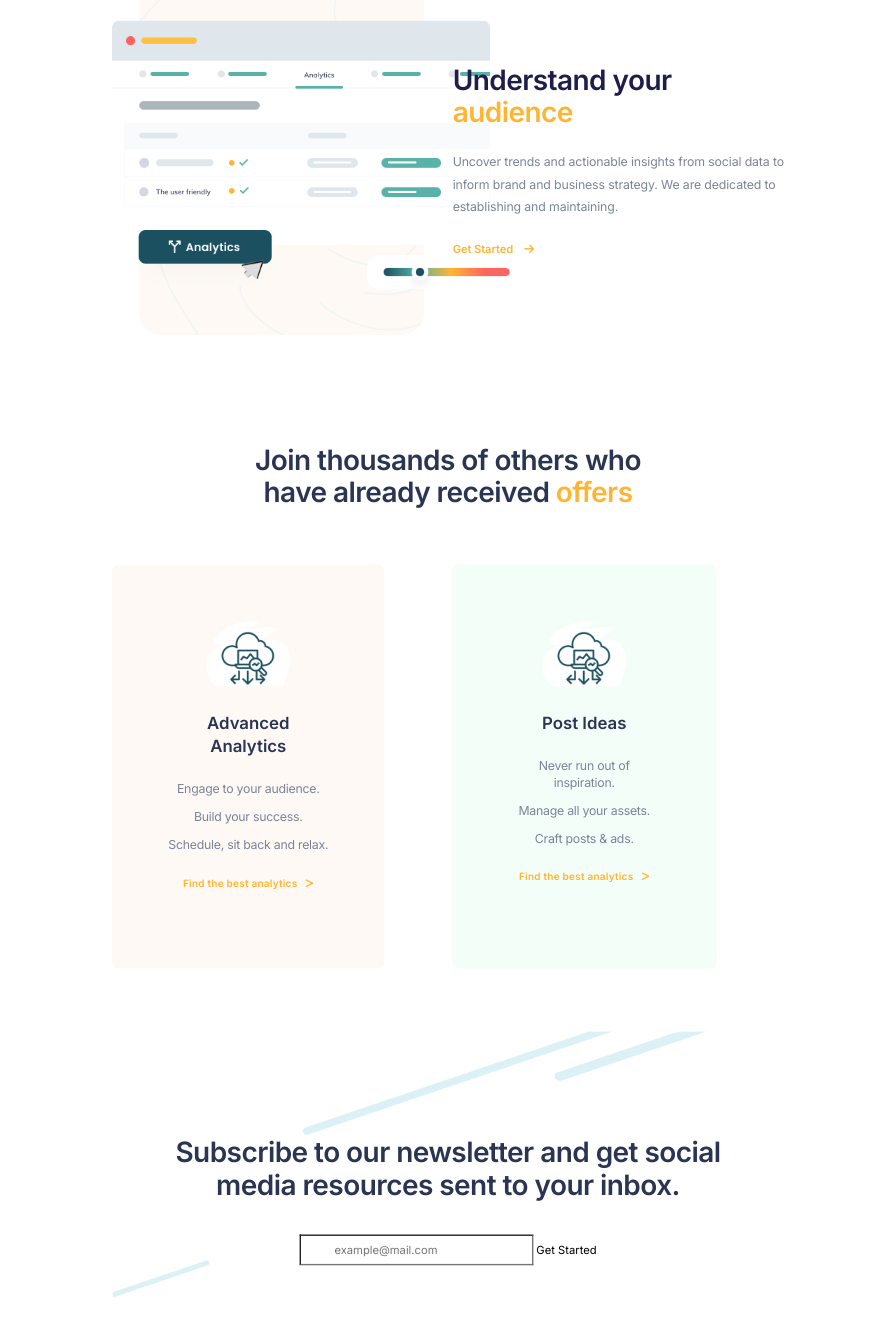
Repository: badhon252/Clickbay
Page: index.html
The author's editor kept a copy of each file at every save. The page is drawn from the files as they stood at one save, then again after the next save.
The browser window is 1280 px wide. The pictures show the part of the page from y = 2241 to 4161 px (the page is 4161 px tall), at 70% of full size.
The style sheet was rebuilt from its Sass, Less or Tailwind sources for each picture, by a compiler version that may differ from the author's.

Above is the page before, as saved 2022-09-05 03:42:42.

After the next save:
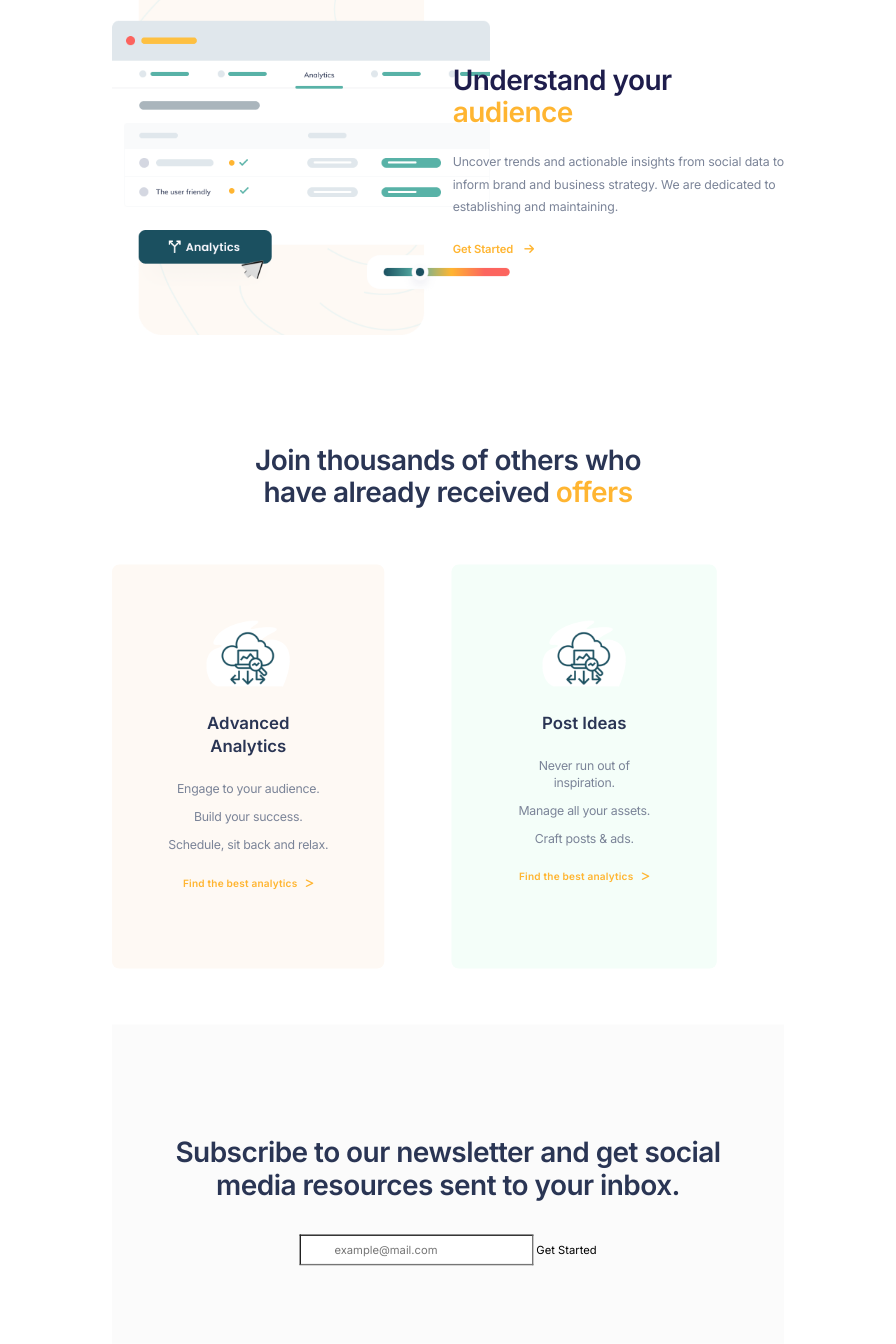
Saved 21 s later.
--- a/scss/style.scss
+++ b/scss/style.scss
@@ -354,6 +354,7 @@
 .fifth_section {
   background-image: url("../images/pattern.png");
   padding: 5rem 0;
+  background: #fbfbfb;
   .card {
     padding: 2rem 0;
     text-align: center;

After the save that followed:
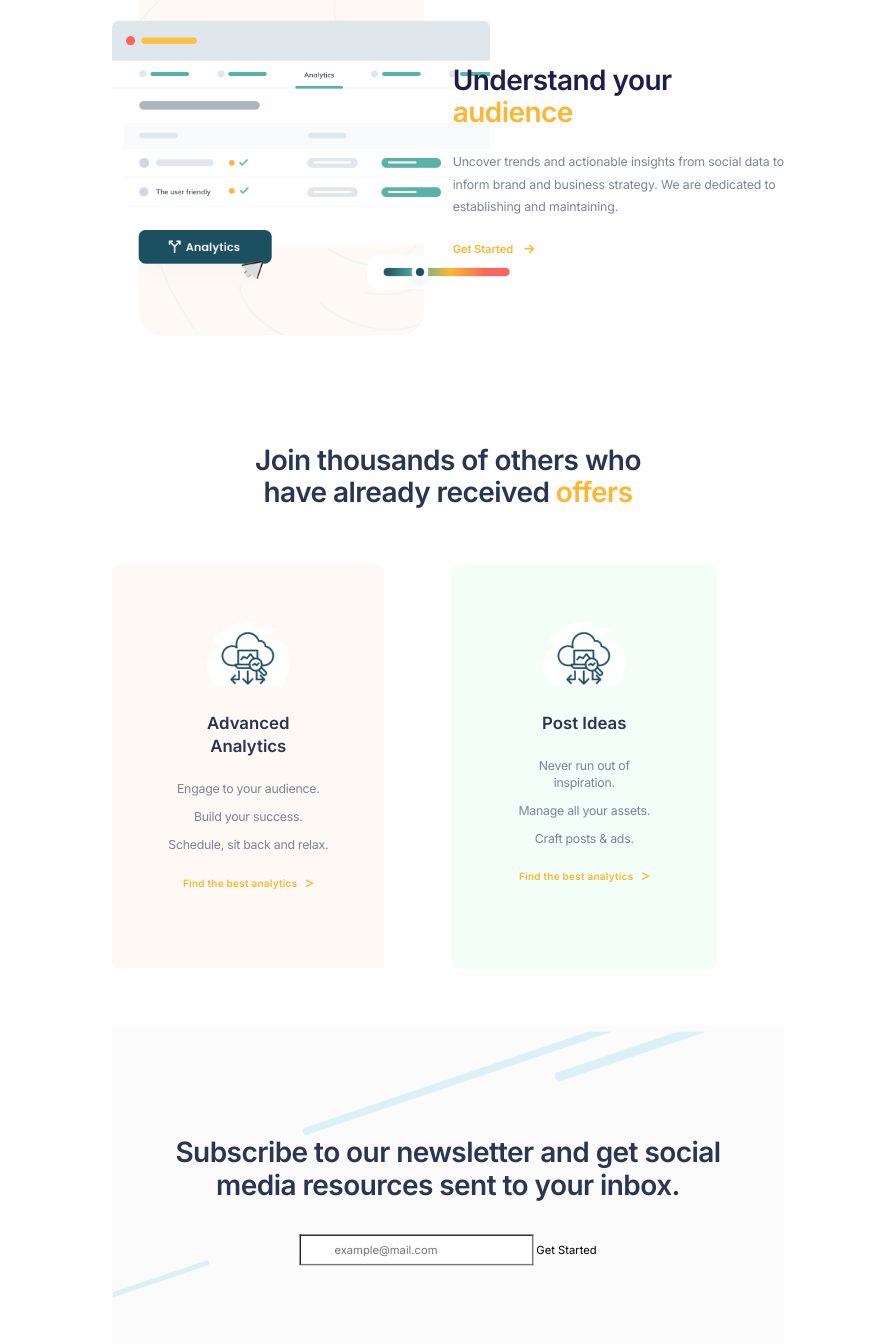
Saved 9 s later.
--- a/scss/style.scss
+++ b/scss/style.scss
@@ -352,9 +352,9 @@
 }
 
 .fifth_section {
+  background: #fbfbfb;
   background-image: url("../images/pattern.png");
   padding: 5rem 0;
-  background: #fbfbfb;
   .card {
     padding: 2rem 0;
     text-align: center;
